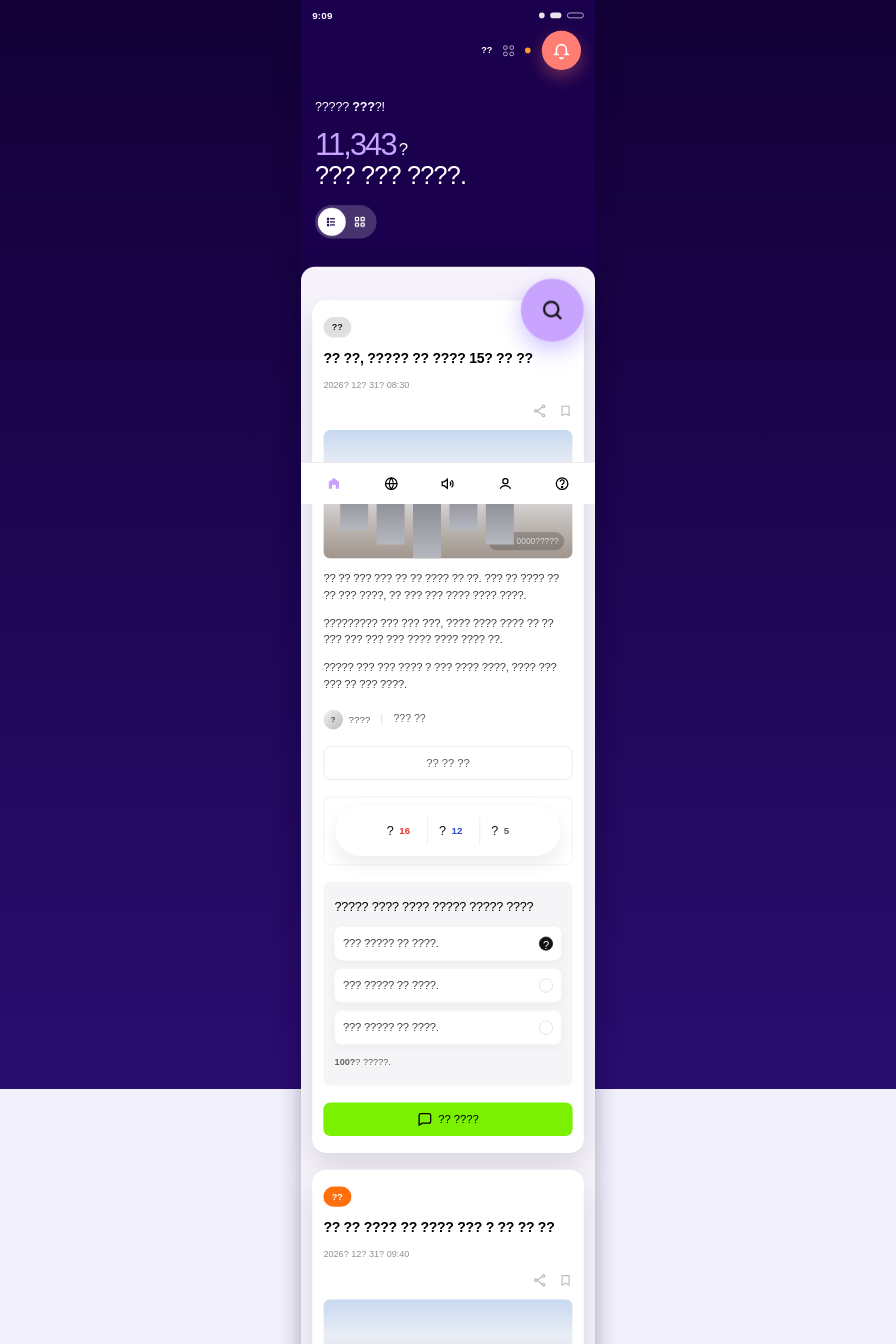
Repository: hanhyochan/NewsRoll
Page: /
An editor plug-in stored every save of this project. The page is shown before and after the next save, followed by the edit.
The browser window is 1280 px wide. The pictures show the part of the page from y = 0 to 1920 px (the page is 4095 px tall before and 4131 px after), at 70% of full size.
The project was rebuilt for these pictures with package versions that can differ from the ones it lists, and the page was loaded fresh each time. The framework's server and built-in components were replaced by stand-ins that run in the browser. Also part of the build but not shown: next.config.mjs.

Above is the page before, as saved 2026-03-31 17:05:17.

### src/app/layout.tsx
import type { Metadata } from 'next';
import './globals.css';

export const metadata: Metadata = {
    title: '뉴스를 읽자. - 뉴스롤',
    description: '뉴스가 어려운 사람들을 위한 뉴스 앱, 뉴스롤',
};

export default function RootLayout({ children }: Readonly<{ children: React.ReactNode }>) {
    return (
        <html lang="ko">
            <body>{children}</body>
        </html>
    );
}

### src/app/page.tsx
import { MobileFrame } from "@/components/layout/mobile-frame";
import { NewsHomeScreen } from "@/components/news/news-home-screen";

export default function HomePage() {
  return (
    <MobileFrame>
      <NewsHomeScreen />
    </MobileFrame>
  );
}

### src/app/globals.css
@import "tailwindcss";

:root {
  --background: #f4f1ff;
  --foreground: #111111;
  --surface: #ffffff;
  --surface-muted: #f5f5f7;
  --brand-deep: #1b014d;
  --brand-mid: #7952ff;
  --brand-soft: #c8a4ff;
  --brand-accent: #ff7d73;
  --brand-lime: #7bf000;
  --text-muted: #8f8f8f;
  --line: #e6e2ef;
  --shadow-card: 0 18px 40px rgba(9, 2, 35, 0.12);
  --shadow-float: 0 12px 32px rgba(121, 82, 255, 0.35);
}

* {
  box-sizing: border-box;
}

html {
  background: linear-gradient(180deg, #120036 0%, #2a0d70 38%, #f4f1ff 38%, #f4f1ff 100%);
}

body {
  margin: 0;
  min-height: 100vh;
  color: var(--foreground);
  font-family: "Pretendard", "Noto Sans KR", sans-serif;
  background: transparent;
}

a {
  color: inherit;
  text-decoration: none;
}

button,
input {
  font: inherit;
}

@layer utilities {
  .text-balance {
    text-wrap: balance;
  }
}

### src/components/layout/mobile-frame.tsx
import type { ReactNode } from "react";

type MobileFrameProps = {
  children: ReactNode;
};

export function MobileFrame({ children }: MobileFrameProps) {
  return <main className="mx-auto min-h-screen w-full max-w-[420px] bg-[var(--brand-deep)] shadow-[var(--shadow-card)]">{children}</main>;
}

### src/components/news/news-home-screen.tsx
import { heroNews } from '@/lib/mock-news';

const toneClass = {
    neutral: 'bg-[#E0E0E0] text-[#212121]',
    orange: 'bg-[#FF6F0E] text-white',
    brown: 'bg-[#A1401A] text-white',
} as const;

const reactionToneClass = {
    positive: 'text-[#E7342F]',
    negative: 'text-[#2D4BC7]',
    neutral: 'text-[#616161]',
} as const;

function AppLogo() {
    return (
        <div className="flex items-center gap-4 text-white">
            <div className="text-[13px] font-semibold tracking-[-0.2px]">??</div>
            <div className="grid grid-cols-2 gap-[3px]">
                {Array.from({ length: 4 }).map((_, index) => (
                    <span
                        key={index}
                        className="h-[6px] w-[6px] rounded-[2px] border border-white/90"
                    />
                ))}
            </div>
        </div>
    );
}

function StatusBar() {
    return (
        <div className="flex items-center justify-between px-4 pt-3 text-sm text-white">
            <span className="font-semibold tracking-[0.02em]">9:09</span>
            <div className="flex items-center gap-2">
                <span className="h-2 w-2 rounded-full bg-white/90" />
                <span className="h-2 w-4 rounded-full bg-white/90" />
                <span className="h-2 w-6 rounded-sm border border-white/90" />
            </div>
        </div>
    );
}

function Header() {
    return (
        <header className="px-[20px] pb-10 pt-3 text-white">
            <div className="flex items-center justify-end gap-4">
                <AppLogo />
                <span className="h-2 w-2 rounded-full bg-[#FF9B26]" />
                <button
                    type="button"
                    aria-label="??"
                    className="grid h-14 w-14 place-items-center rounded-full bg-[var(--brand-accent)] shadow-[0_10px_24px_rgba(255,125,115,0.35)]"
                >
                    <BellIcon />
                </button>
            </div>

            <div className="mt-10 space-y-6">
                <p className="text-[18px] leading-6 tracking-[-0.3px]">
                    ????? <span className="font-bold">???</span>?!
                </p>

                <div className="space-y-1">
                    <p className="text-[44px] font-medium leading-9 tracking-[-0.06em] text-[var(--brand-soft)]">
                        11,343<span className="ml-1 text-2xl font-normal text-white">?</span>
                    </p>
                    <p className="text-4xl leading-9 tracking-[-0.03em] text-white">
                        ??? ??? ????.
                    </p>
                </div>

                <div className="inline-flex rounded-full bg-white/20 p-1 backdrop-blur-sm">
                    <button
                        type="button"
                        className="grid h-10 w-10 place-items-center rounded-full bg-white text-[var(--brand-deep)]"
                        aria-label="?? ??"
                    >
                        <ListIcon />
                    </button>
                    <button
                        type="button"
                        className="grid h-10 w-10 place-items-center rounded-full text-white"
                        aria-label="??? ??"
                    >
                        <GridIcon />
                    </button>
                </div>
            </div>
        </header>
    );
}

function SearchFab() {
    return (
        <button
            type="button"
            aria-label="??"
            className="absolute right-4 top-[398px] z-20 grid h-[90px] w-[90px] place-items-center rounded-full bg-[var(--brand-soft)] shadow-[var(--shadow-float)]"
        >
            <SearchIcon />
        </button>
    );
}

type ReactionBarProps = {
    reactions: (typeof heroNews)[number]['reactions'];
};

function ReactionBar({ reactions }: ReactionBarProps) {
    return (
        <div className="flex items-center justify-center rounded-full bg-white px-6 py-4 shadow-[0_10px_24px_rgba(17,17,17,0.08)]">
            {reactions.map((reaction, index) => (
                <div key={reaction.label} className="flex items-center gap-2">
                    <span className="text-lg">
                        {reaction.label === '???' ? '?' : reaction.label === '???' ? '?' : '?'}
                    </span>
                    <span className={`text-sm font-semibold ${reactionToneClass[reaction.tone]}`}>
                        {reaction.count}
                    </span>
                    {index < reactions.length - 1 ? (
                        <span className="mx-4 h-10 w-px bg-[#E8E8E8]" />
                    ) : null}
                </div>
            ))}
        </div>
    );
}

type PollCardProps = {
    question: string;
    choices: (typeof heroNews)[number]['pollChoices'];
    count: number;
};

function PollCard({ question, choices, count }: PollCardProps) {
    return (
        <section className="rounded-[10px] bg-[var(--surface-muted)] px-4 py-6">
            <h3 className="text-[18px] font-medium leading-6 tracking-[-0.02em] text-black">
                {question}
            </h3>
            <div className="mt-4 space-y-3">
                {choices.map((choice) => (
                    <button
                        key={choice.label}
                        type="button"
                        className="flex w-full items-center justify-between rounded-[10px] bg-white px-3 py-3 text-left text-base leading-6 tracking-[-0.02em] text-[#424242] shadow-[0_4px_12px_rgba(17,17,17,0.04)]"
                    >
                        <span className="max-w-[220px]">{choice.label}</span>
                        <span
                            className={`grid h-5 w-5 place-items-center rounded-full border ${choice.selected ? 'border-[#111111] bg-[#111111] text-white' : 'border-[#D9D9D9] text-transparent'}`}
                        >
                            ?
                        </span>
                    </button>
                ))}
            </div>
            <p className="mt-4 text-[13px] font-medium text-[#616161]">
                <span className="font-semibold">{count}?</span>? ?????.
            </p>
        </section>
    );
}

type NewsCardProps = {
    item: (typeof heroNews)[number];
};

function NewsCard({ item }: NewsCardProps) {
    return (
        <article className="rounded-[20px] bg-white px-4 py-6 shadow-[var(--shadow-card)]">
            <div className="space-y-4">
                <span
                    className={`inline-flex rounded-full px-3 py-2 text-[13px] font-semibold leading-none ${toneClass[item.categoryTone]}`}
                >
                    {item.category}
                </span>
                <div>
                    <h2 className="text-[20px] font-semibold leading-[1.3] tracking-[-0.02em] text-black">
                        {item.title}
                    </h2>
                    <p className="mt-4 text-[13px] text-[var(--text-muted)]">{item.publishedAt}</p>
                </div>

                <div className="flex items-center justify-end gap-4 text-[#BDBDBD]">
                    <ShareIcon />
                    <BookmarkIcon />
                </div>

                <div className="overflow-hidden rounded-[10px]">
                    <div className="relative h-[184px] rounded-[10px] bg-[linear-gradient(180deg,#c7d8ef_0%,#e9eef6_28%,#c7b9ad_100%)]">
                        <div className="absolute inset-x-0 bottom-0 h-24 bg-[linear-gradient(180deg,transparent_0%,rgba(62,58,58,0.28)_100%)]" />
                        <div className="absolute bottom-3 right-3 rounded-full bg-black/20 px-2 py-1 text-[12px] text-white/70">
                            ????: 0000?????
                        </div>
                        <div className="absolute bottom-0 left-6 flex gap-3">
                            {Array.from({ length: 5 }).map((_, index) => (
                                <div
                                    key={index}
                                    className="w-10 rounded-t-[6px] bg-[linear-gradient(180deg,#7b7b82_0%,#b6b8c0_100%)]"
                                    style={{ height: `${72 + (index % 3) * 20}px` }}
                                />
                            ))}
                        </div>
                    </div>
                </div>

                <div className="space-y-4 text-[16px] leading-6 tracking-[-0.02em] text-[#424242]">
                    {item.summary.map((paragraph) => (
                        <p key={paragraph}>{paragraph}</p>
                    ))}
                </div>
            </div>

            <div className="mt-6 flex items-center gap-4 text-[#616161]">
                <div className="flex items-center gap-2">
                    <div className="grid h-7 w-7 place-items-center rounded-full bg-[linear-gradient(135deg,#f2f2f2_0%,#bcbcbc_100%)] text-[11px] font-bold text-[#4b4b4b]">
                        {item.publisher.slice(0, 1)}
                    </div>
                    <span className="text-sm font-medium">{item.publisher}</span>
                </div>
                <span className="h-4 w-px bg-[#D7D7D7]" />
                <span className="text-[15px] font-medium">{item.reporter}</span>
            </div>

            <button
                type="button"
                className="mt-6 h-12 w-full rounded-[10px] border border-[var(--line)] bg-white text-base font-medium text-[#616161]"
            >
                ?? ?? ??
            </button>

            <div className="mt-6 rounded-[10px] border border-[#EFEAF8] bg-white px-4 py-3">
                <ReactionBar reactions={item.reactions} />
            </div>

            <div className="mt-6">
                <PollCard
                    question={item.pollQuestion}
                    choices={item.pollChoices}
                    count={item.pollCount}
                />
            </div>

            <button
                type="button"
                className="mt-6 flex h-12 w-full items-center justify-center gap-2 rounded-[10px] bg-[var(--brand-lime)] text-base font-semibold text-black"
            >
                <CommentIcon />
                ?? ????
            </button>
        </article>
    );
}

function BottomNav() {
    const items = [
        { label: '?', active: true, icon: <HomeIcon /> },
        { label: '??', icon: <GlobeIcon /> },
        { label: '???', icon: <SoundIcon /> },
        { label: '???', icon: <UserIcon /> },
        { label: '???', icon: <HelpIcon /> },
    ];

    return (
        <nav className="sticky bottom-0 flex h-[60px] items-center justify-between border-t border-[#E0E0E0] bg-white px-9">
            {items.map((item) => (
                <button
                    key={item.label}
                    type="button"
                    className={`grid place-items-center gap-1 text-[11px] ${item.active ? 'text-[var(--brand-soft)]' : 'text-black'}`}
                    aria-label={item.label}
                >
                    {item.icon}
                </button>
            ))}
        </nav>
    );
}

export function NewsHomeScreen() {
    return (
        <div className="relative min-h-screen bg-[var(--brand-deep)]">
            <StatusBar />
            <Header />
            <SearchFab />
            <section className="rounded-t-[20px] bg-[#f6f3fb] px-4 pb-6 pt-12 shadow-[0_-8px_30px_rgba(9,2,35,0.18)]">
                <div className="space-y-6">
                    {heroNews.map((item) => (
                        <NewsCard key={`${item.category}-${item.title}`} item={item} />
                    ))}
                </div>
            </section>
            <BottomNav />
        </div>
    );
}

function BellIcon() {
    return (
        <svg
            width="28"
            height="28"
            viewBox="0 0 24 24"
            fill="none"
            stroke="currentColor"
            strokeWidth="2"
        >
            <path d="M15 17h5l-1.4-1.4A2 2 0 0 1 18 14.2V11a6 6 0 1 0-12 0v3.2a2 2 0 0 1-.6 1.4L4 17h5" />
            <path d="M10 20a2 2 0 0 0 4 0" />
        </svg>
    );
}

function SearchIcon() {
    return (
        <svg
            width="38"
            height="38"
            viewBox="0 0 24 24"
            fill="none"
            stroke="#111111"
            strokeWidth="2"
        >
            <circle cx="11" cy="11" r="6.5" />
            <path d="m16 16 4 4" />
        </svg>
    );
}

function ListIcon() {
    return (
        <svg
            width="18"
            height="18"
            viewBox="0 0 20 20"
            fill="none"
            stroke="currentColor"
            strokeWidth="2"
        >
            <path d="M7 5h8M7 10h8M7 15h8" />
            <circle cx="4" cy="5" r="1" fill="currentColor" />
            <circle cx="4" cy="10" r="1" fill="currentColor" />
            <circle cx="4" cy="15" r="1" fill="currentColor" />
        </svg>
    );
}

function GridIcon() {
    return (
        <svg
            width="18"
            height="18"
            viewBox="0 0 20 20"
            fill="none"
            stroke="currentColor"
            strokeWidth="2"
        >
            <rect x="3" y="3" width="5" height="5" rx="1" />
            <rect x="12" y="3" width="5" height="5" rx="1" />
            <rect x="3" y="12" width="5" height="5" rx="1" />
            <rect x="12" y="12" width="5" height="5" rx="1" />
        </svg>
    );
}

function HomeIcon() {
    return (
        <svg width="22" height="22" viewBox="0 0 24 24" fill="currentColor">
            <path d="M12 3 4 9v10a1 1 0 0 0 1 1h4v-6h6v6h4a1 1 0 0 0 1-1V9z" />
        </svg>
    );
}

function GlobeIcon() {
    return (
        <svg
            width="22"
            height="22"
            viewBox="0 0 24 24"
            fill="none"
            stroke="currentColor"
            strokeWidth="2"
        >
            <circle cx="12" cy="12" r="9" />
            <path d="M3 12h18M12 3a15 15 0 0 1 0 18M12 3a15 15 0 0 0 0 18" />
        </svg>
    );
}

function SoundIcon() {
    return (
        <svg
            width="22"
            height="22"
            viewBox="0 0 24 24"
            fill="none"
            stroke="currentColor"
            strokeWidth="2"
        >
            <path d="M11 5 6 9H3v6h3l5 4z" />
            <path d="M15 9a4 4 0 0 1 0 6" />
            <path d="M17.5 6.5a7.5 7.5 0 0 1 0 11" />
        </svg>
    );
}

function UserIcon() {
    return (
        <svg
            width="22"
            height="22"
            viewBox="0 0 24 24"
            fill="none"
            stroke="currentColor"
            strokeWidth="2"
        >
            <circle cx="12" cy="8" r="4" />
            <path d="M4 20c1.5-3.5 4.3-5 8-5s6.5 1.5 8 5" />
        </svg>
    );
}

function HelpIcon() {
    return (
        <svg
            width="22"
            height="22"
            viewBox="0 0 24 24"
            fill="none"
            stroke="currentColor"
            strokeWidth="2"
        >
            <circle cx="12" cy="12" r="9" />
            <path d="M9.1 9a3 3 0 1 1 5.8 1c0 2-3 2-3 4" />
            <circle cx="12" cy="17" r="1" fill="currentColor" />
        </svg>
    );
}

function ShareIcon() {
    return (
        <svg
            width="22"
            height="22"
            viewBox="0 0 24 24"
            fill="none"
            stroke="currentColor"
            strokeWidth="2"
        >
            <circle cx="18" cy="5" r="2" />
            <circle cx="6" cy="12" r="2" />
            <circle cx="18" cy="19" r="2" />
            <path d="m8 12 8-6M8 12l8 6" />
        </svg>
    );
}

function BookmarkIcon() {
    return (
        <svg
            width="20"
            height="22"
            viewBox="0 0 24 24"
            fill="none"
            stroke="currentColor"
            strokeWidth="2"
        >
            <path d="M6 4h12v16l-6-3-6 3z" />
        </svg>
    );
}

function CommentIcon() {
    return (
        <svg
            width="22"
            height="22"
            viewBox="0 0 24 24"
            fill="none"
            stroke="currentColor"
            strokeWidth="2"
        >
            <path d="M21 15a3 3 0 0 1-3 3H8l-5 3V6a3 3 0 0 1 3-3h12a3 3 0 0 1 3 3z" />
        </svg>
    );
}

### src/lib/mock-news.ts
import type { NewsCard } from "@/types/news";

export const heroNews: NewsCard[] = [
  {
    category: "??",
    categoryTone: "neutral",
    title: "?? ??, ????? ?? ???? 15? ?? ??",
    publishedAt: "2026? 12? 31? 08:30",
    summary: [
      "?? ?? ??? ??? ?? ?? ???? ?? ??. ??? ?? ???? ?? ?? ??? ????, ?? ??? ??? ???? ???? ????.",
      "????????? ??? ??? ???, ???? ???? ???? ?? ?? ??? ??? ??? ??? ???? ???? ???? ??.",
      "????? ??? ??? ???? ? ??? ???? ????, ???? ??? ??? ?? ??? ????.",
    ],
    publisher: "????",
    reporter: "??? ??",
    reactions: [
      { label: "???", count: 16, tone: "positive" },
      { label: "???", count: 12, tone: "negative" },
      { label: "???", count: 5, tone: "neutral" },
    ],
    pollQuestion: "????? ???? ???? ????? ????? ????",
    pollChoices: [
      { label: "??? ????? ?? ????.", selected: true },
      { label: "??? ????? ?? ????." },
      { label: "??? ????? ?? ????." },
    ],
    pollCount: 100,
  },
  {
    category: "??",
    categoryTone: "orange",
    title: "?? ?? ???? ?? ???? ??? ? ?? ?? ??",
    publishedAt: "2026? 12? 31? 09:40",
    summary: [
      "?? ?? ??? ?? ???? ????? ???? ???? ???? ?? ?? ???? ??.",
      "????? ??? ??? ????? ??? ??? ??? ??? ?? ???? ??? ?? ??.",
      "?? ??? ?? ??? ?? ???? ?? ?? ?? ??? ??? ????? ??? ????.",
    ],
    publisher: "????",
    reporter: "??? ??",
    reactions: [
      { label: "???", count: 21, tone: "positive" },
      { label: "???", count: 4, tone: "negative" },
      { label: "???", count: 7, tone: "neutral" },
    ],
    pollQuestion: "? ?? ??? ?? ?? ?? ???? ??????",
    pollChoices: [
      { label: "?? ???? ??? ???? ??.", selected: true },
      { label: "???? ??? ???." },
    ],
    pollCount: 100,
  },
  {
    category: "IT??",
    categoryTone: "brown",
    title: "AI ?? ??? ?? ??, ??? ?? ?? ?? 18% ??",
    publishedAt: "2026? 12? 31? 11:10",
    summary: [
      "?? ????? ?? ?? ??? ?????? ??? ???? ?? ?? ??? ? ????? ??.",
      "?? ??? ?? ???? ?? ???? ??? ????? ?? ?? ??? ???? ??? ?? ??? ????.",
      "????? ??? ?? ???? ?? ???? ??? ??? ???? ???? ????.",
    ],
    publisher: "????",
    reporter: "??? ??",
    reactions: [
      { label: "???", count: 32, tone: "positive" },
      { label: "???", count: 8, tone: "negative" },
      { label: "???", count: 11, tone: "neutral" },
    ],
    pollQuestion: "??? ??? ?? ?? ???? ???? ?????",
    pollChoices: [
      { label: "???", selected: true },
      { label: "???" },
    ],
    pollCount: 100,
  },
];

After the next save:
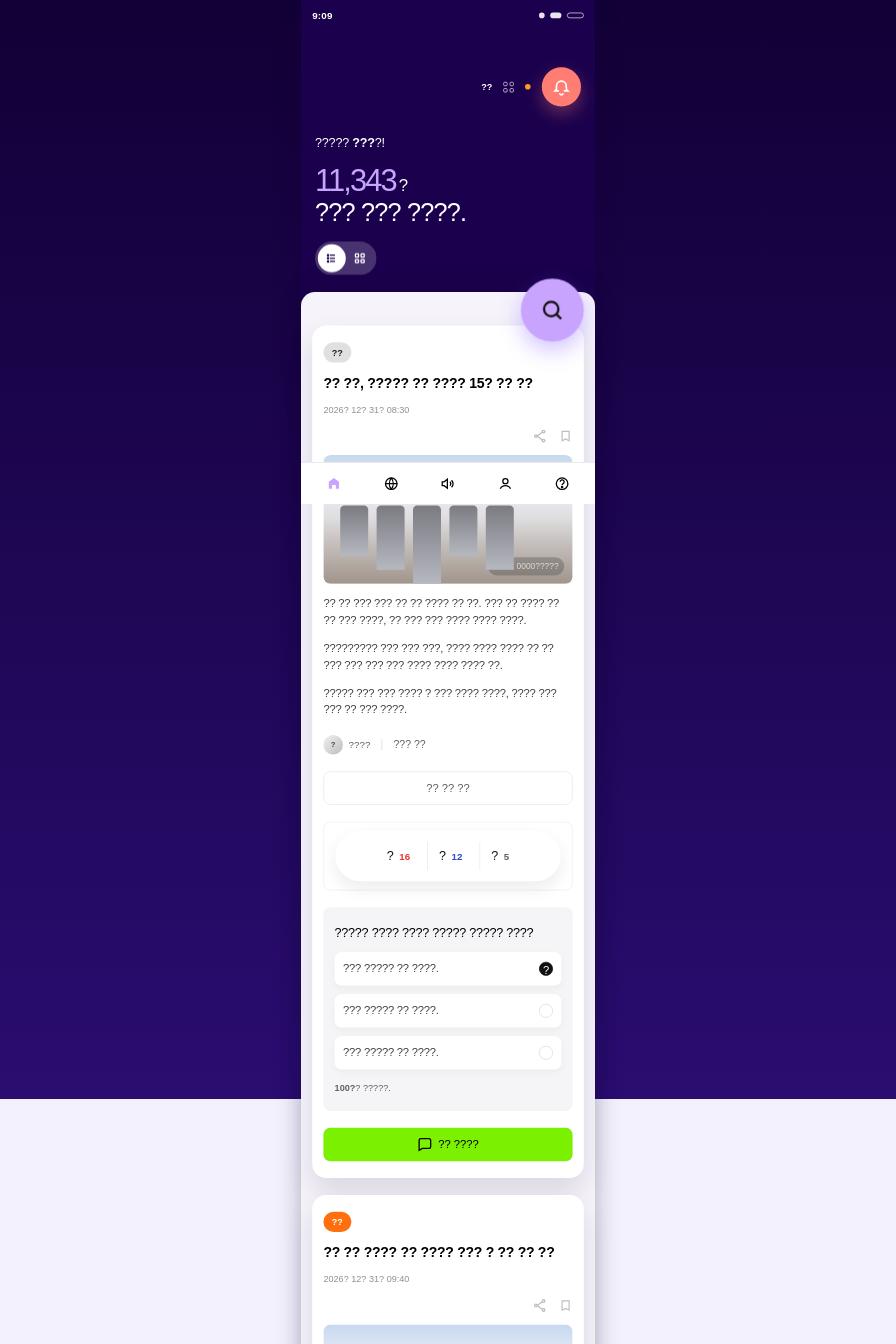
Saved 65 s later.
--- a/src/components/news/news-home-screen.tsx
+++ b/src/components/news/news-home-screen.tsx
@@ -43,7 +43,7 @@ function StatusBar() {
 
 function Header() {
     return (
-        <header className="px-[20px] pb-10 pt-3 text-white">
+        <header className="px-[20px] pb-[24px] pt-[64px] text-white">
             <div className="flex items-center justify-end gap-4">
                 <AppLogo />
                 <span className="h-2 w-2 rounded-full bg-[#FF9B26]" />
